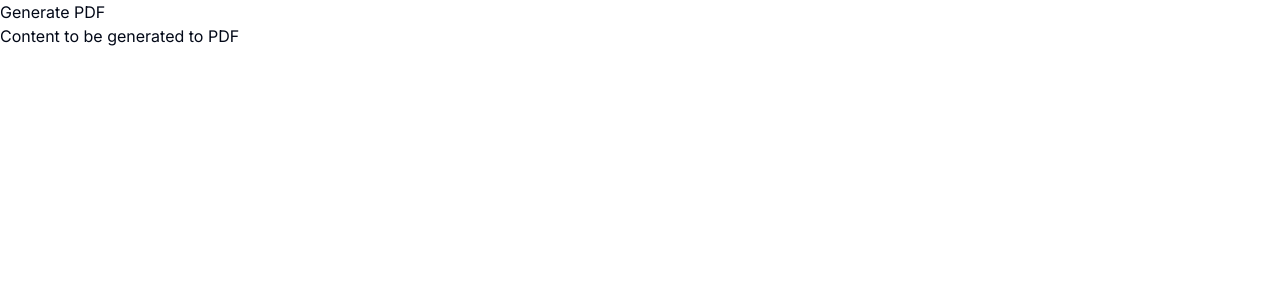
Repository: nickgoel31/resume-maker
Page: /test
An editor plug-in stored every save of this project. The page is shown before and after the next save, followed by the edit.
The browser window is 1280 px wide. The pictures show the whole page.
The project was rebuilt for these pictures with package versions that can differ from the ones it lists, and the page was loaded fresh each time. The framework's server and built-in components were replaced by stand-ins that run in the browser. Also part of the build but not shown: next.config.mjs.

Above is the page before, as saved 2024-03-19 20:22:28.

### app/(main)/test/page.tsx
"use client"


import generatePDF, { Resolution, Margin } from 'react-to-pdf';

const options = {
   // default is `save`
   method: 'open',
   // default is Resolution.MEDIUM = 3, which should be enough, higher values
   // increases the image quality but also the size of the PDF, so be careful
   // using values higher than 10 when having multiple pages generated, it
   // might cause the page to crash or hang.
   resolution: Resolution.HIGH,
   page: {
      // margin is in MM, default is Margin.NONE = 0
      margin: Margin.SMALL,
      // default is 'A4'
      format: 'letter',
      // default is 'portrait'
      orientation: 'landscape',
   },
   canvas: {
      // default is 'image/jpeg' for better size performance
      mimeType: 'image/png',
      qualityRatio: 1
   },
   // Customize any value passed to the jsPDF instance and html2canvas
   // function. You probably will not need this and things can break,
   // so use with caution.
   overrides: {
      // see https://artskydj.github.io/jsPDF/docs/jsPDF.html for more options
      pdf: {
         compress: true
      },
      // see https://html2canvas.hertzen.com/configuration for more options
      canvas: {
         useCORS: true
      }
   },
};

const getTargetElement = () => document.getElementById('content-id');

const TestPage = () => {
  return (
    <div>
         <button onClick={() => generatePDF(getTargetElement, options)}>Generate PDF</button>
         <div id="content-id" className='w-full'>
            Content to be generated to PDF
         </div>
      </div>
  )
}

export default TestPage

### app/globals.css
@tailwind base;
@tailwind components;
@tailwind utilities;

body,html,:root{
  height: 100%;
}

@layer base {
  :root {
    --background: 0 0% 100%;
    --foreground: 222.2 84% 4.9%;

    --card: 0 0% 100%;
    --card-foreground: 222.2 84% 4.9%;

    --popover: 0 0% 100%;
    --popover-foreground: 222.2 84% 4.9%;

    --primary: 222.2 47.4% 11.2%;
    --primary-foreground: 210 40% 98%;

    --secondary: 210 40% 96.1%;
    --secondary-foreground: 222.2 47.4% 11.2%;

    --muted: 210 40% 96.1%;
    --muted-foreground: 215.4 16.3% 46.9%;

    --accent: 210 40% 96.1%;
    --accent-foreground: 222.2 47.4% 11.2%;

    --destructive: 0 84.2% 60.2%;
    --destructive-foreground: 210 40% 98%;

    --border: 214.3 31.8% 91.4%;
    --input: 214.3 31.8% 91.4%;
    --ring: 222.2 84% 4.9%;

    --radius: 0.5rem;
  }

  .dark {
    --background: 222.2 84% 4.9%;
    --foreground: 210 40% 98%;

    --card: 222.2 84% 4.9%;
    --card-foreground: 210 40% 98%;

    --popover: 222.2 84% 4.9%;
    --popover-foreground: 210 40% 98%;

    --primary: 210 40% 98%;
    --primary-foreground: 222.2 47.4% 11.2%;

    --secondary: 217.2 32.6% 17.5%;
    --secondary-foreground: 210 40% 98%;

    --muted: 217.2 32.6% 17.5%;
    --muted-foreground: 215 20.2% 65.1%;

    --accent: 217.2 32.6% 17.5%;
    --accent-foreground: 210 40% 98%;

    --destructive: 0 62.8% 30.6%;
    --destructive-foreground: 210 40% 98%;

    --border: 217.2 32.6% 17.5%;
    --input: 217.2 32.6% 17.5%;
    --ring: 212.7 26.8% 83.9%;
  }
}

@layer base {
  * {
    @apply border-border;
  }
  body {
    @apply bg-background text-foreground;
  }
}

Loaded but not shown: app/layout.tsx (common file); tailwind.config.ts (common file)

After the next save:
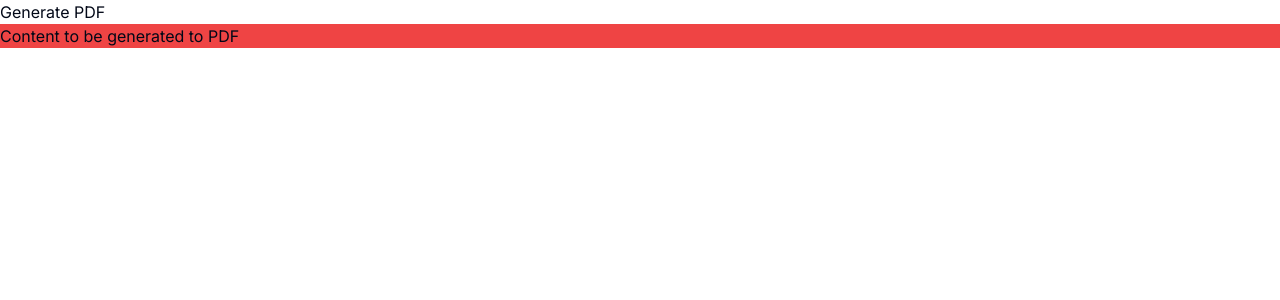
Saved 7 s later.
--- a/app/(main)/test/page.tsx
+++ b/app/(main)/test/page.tsx
@@ -45,7 +45,7 @@ const TestPage = () => {
   return (
     <div>
          <button onClick={() => generatePDF(getTargetElement, options)}>Generate PDF</button>
-         <div id="content-id" className='w-full'>
+         <div id="content-id" className='w-full bg-red-500 h-full'>
             Content to be generated to PDF
          </div>
       </div>
